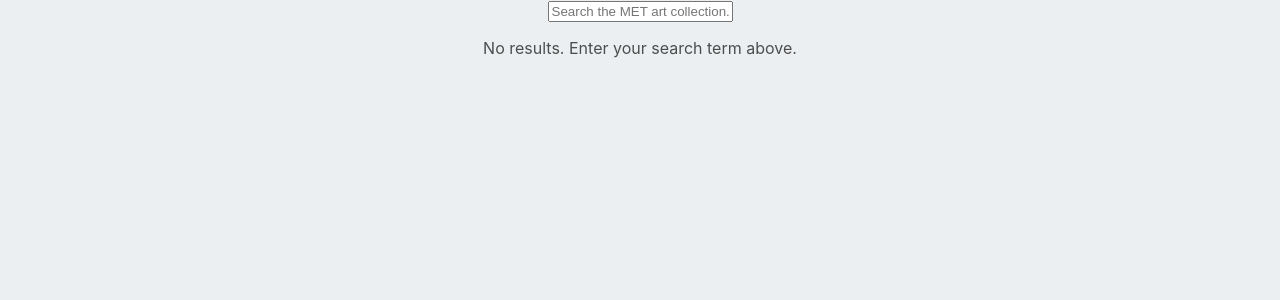
Repository: edulis8/MetSearchTool
Page: /
An editor plug-in stored every save of this project. The page is shown before and after a run of saves, followed by the edit.
The browser window is 1280 px wide. The pictures show the whole page.
The project was rebuilt for these pictures with package versions that can differ from the ones it lists, and the page was loaded fresh each time. Also part of the build but not shown: src/Pokecard.css, src/Pokecard.js, src/Pokedex.js.

Above is the page before, as saved 2020-01-16 11:46:13.

After the next 5 saves:
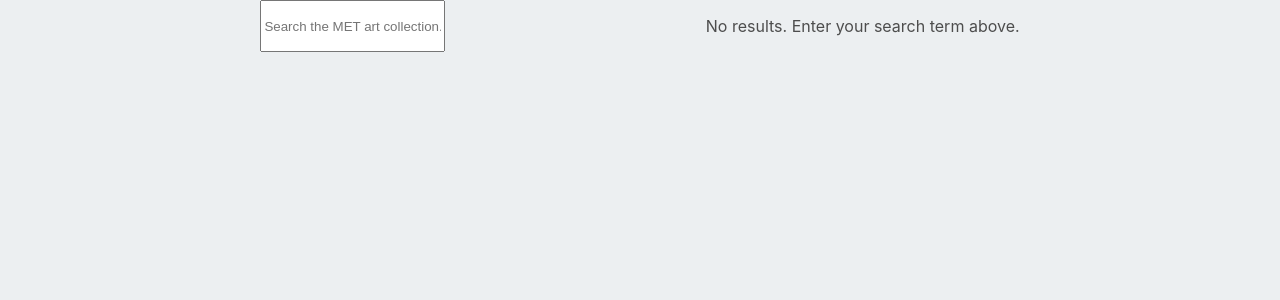
The 5 saves are shown as one change because 1 did not build or start and some came seconds apart.
The last was saved 85 s later.
--- a/src/PokeGame.js
+++ b/src/PokeGame.js
@@ -33,7 +33,7 @@
     //     ]
     // }
     handleSearchInputChanges(e) {
-        const searchTerm =  e.target.value;
+        const searchTerm = e.target.value;
         this.setState({ searchTerm })
         // console.log(this.state.searchTerm);
         this.search(searchTerm);
@@ -69,6 +69,7 @@
     render() {
         return (
             <div className='Pokedex'>
+                <div class="Pokedex-cards">
                 <input type="text" placeholder="Search the MET art collection..." onChange={this.handleSearchInputChanges} />
                 {this.state.objects.map(object =>
                     // <img src={object.primaryImage}></img>
@@ -79,8 +80,8 @@
                 )}
                 {!this.state.objects.length && !this.state.searching && <p>No results. Enter your search term above.</p>}
                 {this.state.searching && <p>Searching...</p>}
-
             </div>
+            </div >
         )
     }
 }

After the 5 saves that followed:
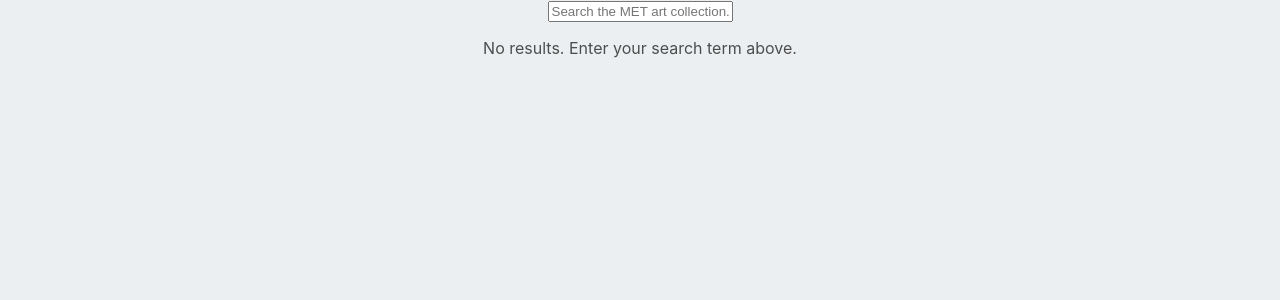
The 5 saves are shown as one change because 3 left the picture as it was and some came seconds apart.
The last was saved 39 s later.
--- a/src/PokeGame.js
+++ b/src/PokeGame.js
@@ -69,19 +69,19 @@
     render() {
         return (
             <div className='Pokedex'>
+                <input type="text" placeholder="Search the MET art collection..." onChange={this.handleSearchInputChanges} />
                 <div class="Pokedex-cards">
-                <input type="text" placeholder="Search the MET art collection..." onChange={this.handleSearchInputChanges} />
-                {this.state.objects.map(object =>
-                    // <img src={object.primaryImage}></img>
-                    <div className='Pokedex-cards'>
-                        <Pokecard {...object} />
-                    </div>
+                    {this.state.objects.map(object =>
+                        // <img src={object.primaryImage}></img>
+                        <div className='Pokedex-cards'>
+                            <Pokecard {...object} />
+                        </div>
 
-                )}
-                {!this.state.objects.length && !this.state.searching && <p>No results. Enter your search term above.</p>}
-                {this.state.searching && <p>Searching...</p>}
+                    )}
+                    {!this.state.objects.length && !this.state.searching && <p>No results. Enter your search term above.</p>}
+                    {this.state.searching && <p>Searching...</p>}
+                </div>
             </div>
-            </div >
         )
     }
 }
